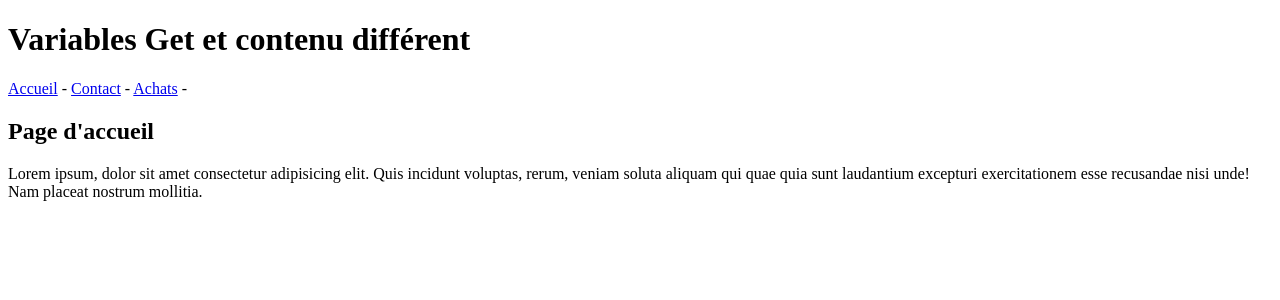
Repository: vicfir/base-php-2021
Page: http://localhost/11-variable-get-if.php?idpage=1
These files come from the project's save history. The page is drawn as it stood at one moment and after the next save; the edit follows.
The browser window is 1280 px wide. The pictures show the whole page.
The page is run by PHP 8.4 with error messages shown; the project is at /var/www/html/.

Above is the page before, as saved 2021-09-06 14:18:46.

After the next save:
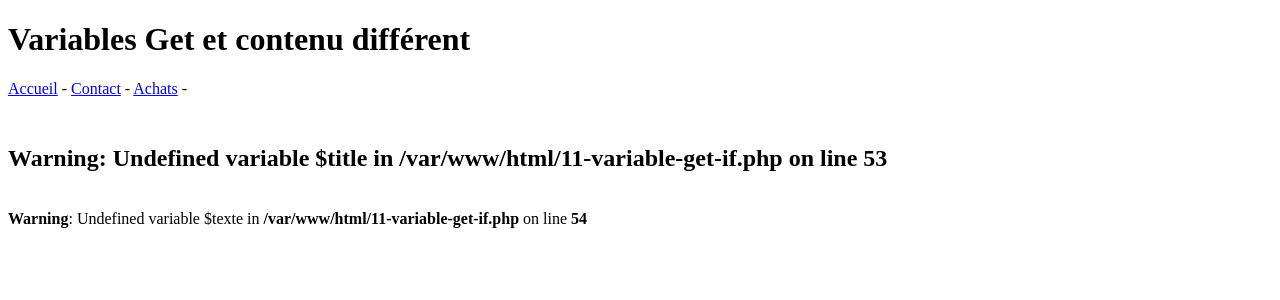
Saved 3 min 25 s later.
--- a/11-variable-get-if.php
+++ b/11-variable-get-if.php
@@ -18,6 +18,7 @@
 
 if (isset($_GET['idpage'])) {
     $id = (int) $_GET['idpage'];
+    $id = isset($page[$id]) ? $id : 0;
     switch ($_GET['idpage']) {
         case 0:
             $title = $pages[1]["titre"];

After the save that followed:
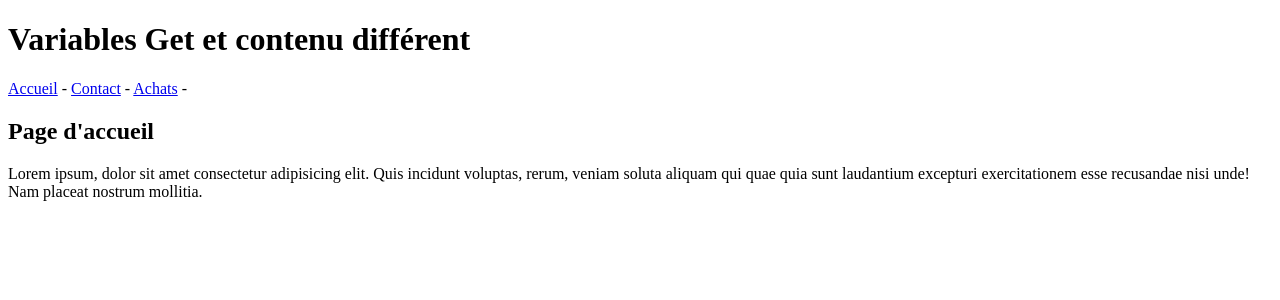
Saved 16 s later.
--- a/11-variable-get-if.php
+++ b/11-variable-get-if.php
@@ -18,7 +18,7 @@
 
 if (isset($_GET['idpage'])) {
     $id = (int) $_GET['idpage'];
-    $id = isset($page[$id]) ? $id : 0;
+    $id = isset($page[$id]) ? 0 : $id;
     switch ($_GET['idpage']) {
         case 0:
             $title = $pages[1]["titre"];
